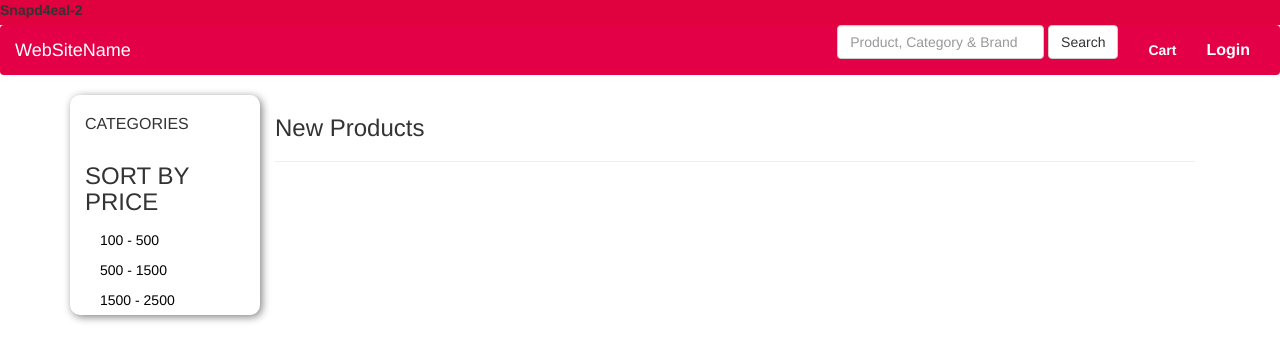
Repository: Aryans26/project
Page: http://localhost/frontend/WEB-INF/views/index.jsp
The author's editor kept a copy of each file at every save. The page is drawn from the files as they stood at one save, then again after the next save.
The browser window is 1280 px wide. The pictures show the whole page.
Some web libraries are served in a nearby version. The page is served by Tomcat 9. Nobody is signed in. Other server files are loaded and not shown. The template is opened directly, without the code that normally fills it, so the values that code supplies are empty.

Above is the page before, as saved 2017-06-20 11:03:45.

### frontend/src/main/webapp/WEB-INF/views/index.jsp
<%@ taglib prefix="c" uri="http://www.springframework.org/tags"%>
<%@ taglib prefix="form" uri="http://www.springframework.org/tags/form"%>
<!doctype html>
<html>
<head>
<c:url value="/resource" var="res" />

<!-- <link rel="stylesheet" ref="https://maxcdn.bootstrapcdn.com/bootstrap/3.3.7/css/bootstrap.min.css"> -->
<script
	src="https://ajax.googleapis.com/ajax/libs/jquery/3.2.1/jquery.min.js"></script>
<script
	src="https://maxcdn.bootstrapcdn.com/bootstrap/3.3.7/js/bootstrap.min.js"></script>
<link rel="stylesheet" href="${res}/css/bootstrap.min.css" />
<link rel="stylesheet" href="${res}/css/style.css" />

</head>
<body>

	<%@include file="navbar.jsp"%>
	<%@include file="allproducts.jsp"%>
</body>
</html>

### frontend/src/main/webapp/WEB-INF/views/navbar.jsp
<%@ taglib prefix="c" uri="http://www.springframework.org/tags"%>
<%@ taglib prefix="form" uri="http://www.springframework.org/tags/form"%>
<%@ taglib prefix="security" uri="http://www.springframework.org/security/tags" %>
<%@ taglib prefix="c1" uri="http://java.sun.com/jsp/jstl/core"%>
<!DOCTYPE html >
<html>
<head>
<meta http-equiv="Content-Type" content="text/html; charset=ISO-8859-1">
<title>Insert title here</title>
</head>
<body>
	<div class="headder">
		<b>Snapd4eal-2</b>
	</div>

	<nav class="navbar navbar-default" style="color: white;">
		<div class="container-fluid">
			<div class="navbar-header">
				<button type="button" class="navbar-toggle" data-toggle="collapse" data-target="#myNavbar">
					<span class="icon-bar"></span> <span class="icon-bar"></span>
					<span class="icon-bar"></span>
				</button>
				<a class="navbar-brand" href="<c:url value="/"/>"
					style="color: white;">WebSiteName</a>
				<form class="navbar-form navbar-right visible-sm visible-xs">
					<div class="form-group">
						<input type="text" class="form-control"
							placeholder="Product, Category & Brand">
					</div>
					<button type="submit" class="btn btn-default">
						<i class="fa fa-search"></i>Search
					</button>

				</form>
			</div>
			<div class="collapse navbar-collapse" id="myNavbar">
			<c1:if test="${pageContext.request.userPrincipal.name!=null}">
			<security:authorize access="hasRole('ROLE_ADMIN')">
				<ul class="nav navbar-nav">
					<li style="color: white;"><a
						href="<c:url value="/category"/>">Add Category</a></li>
					<li style="color: white;"><a
						href="<c:url value="/addproduct"/>">Add Product</a></li>
					<li style="color: white;"><a
						href="<c:url value="/supplier"/>">Add Supplier</a></li>
<!-- 					<li style="color: white;"><a -->
<%-- 						href="<c:url value="/addcard"/>">Add Card</a></li> --%>

				</ul>
				</security:authorize>
				</c1:if>
				<ul class="nav navbar-nav navbar-right">
					<li><a href="<c:url value="/viewcart"/>"><i class="fa fa-shopping-cart"></i>
							Cart</a></li>

					<li class="dropdown"><a href="#" class="dropbtn"><span
							class="fa fa-sign-in"></span>
							<c1:if test="${pageContext.request.userPrincipal.name==null}"> Login </c1:if>
							 <c1:if test="${pageContext.request.userPrincipal.name!=null}">  Logout</c1:if></a>

						<div class="dropdown-content">
							<a href="#">your account</a>
							<a href="#">your orders</a>
							<c1:if test="${pageContext.request.userPrincipal.name==null}">

							<a href="<c:url value="/users"/>" class="hvr-reg-bordertop" > new user ?<br>
							<b>register</b></a>
<%-- <a href="<c:url value="/login"/>"><button type="button" class="btn btn-danger" style="width: 90%; margin: 10px;">Login</button></a> --%>
							<button type="button" class="btn btn-danger" data-toggle="modal"
								data-target="#myModal" style="width: 90%; margin: 10px;">Login</button>
								</c1:if>

								<c1:if test="${pageContext.request.userPrincipal.name!=null}">
					<a href="<c:url value="/j_spring_security_logout"/>"><button type="button" class="btn btn-danger" >Logout</button></a>
								</c1:if>
						</div></li>

				</ul>
				<form class="navbar-form navbar-right hidden-sm hidden-xs">
					<div class="form-group">
						<input type="text" class="form-control"
							placeholder="Product, Category & Brand">
					</div>
					<button type="submit" class="btn btn-default">
						<i class="fa fa-search"></i>Search
					</button>

				</form>

			</div>
		</div>
	</nav>


	<!-- Modal -->
	<div class="modal fade" id="myModal" role="dialog">
		<div class="modal-dialog modal-lg">
			<div class="modal-content">
				<div class="modal-header">
					<button type="button" class="close" data-dismiss="modal">&times;</button>
					<h4 class="modal-title">Login</h4>
				</div>
				<div class="modal-body">
				<c1:url value="/j_spring_security_check" var="a"/>
					<form role="form" method="post" action="${a} ">
						<div class="form-group">
				<label for="email">Email address:</label>
				<input type="email" class="form-control" id="email" name="j_username" placeholder="Email Id">
						</div>
						<div class="form-group">
				<label for="pwd">Password:</label>
				 <input type="password" class="form-control" id="pwd" name="j_password" placeholder="Password">
						</div>
						<div class="checkbox">
							<label><input type="checkbox"> Remember me</label>
						</div>
						<a class="cursor" data-dismiss="modal" data-toggle="modal"
							data-target="#myModal1">new User ? <b>register</b></a>
						<button type="submit" class="btn btn-success">Submit</button>
					</form>
				</div>
				<div class="modal-footer">
					<button type="button" class="btn btn-default" data-dismiss="modal">Close</button>
				</div>
			</div>
		</div>
	</div>

</body>
</html>

### frontend/src/main/webapp/WEB-INF/views/allproducts.jsp
<%@ taglib prefix="c" uri="http://www.springframework.org/tags"%>
<%@ taglib prefix="form" uri="http://www.springframework.org/tags/form"%>
<%@ taglib prefix="c1" uri="http://java.sun.com/jsp/jstl/core"%>
<%@ taglib prefix="security" uri="http://www.springframework.org/security/tags"%>
<!doctype html>
<head>
<c:url value="/resource" var="res" />

<!-- <link rel="stylesheet" ref="https://maxcdn.bootstrapcdn.com/bootstrap/3.3.7/css/bootstrap.min.css"> -->
<script
	src="https://ajax.googleapis.com/ajax/libs/jquery/3.2.1/jquery.min.js"></script>
<script
	src="https://maxcdn.bootstrapcdn.com/bootstrap/3.3.7/js/bootstrap.min.js"></script>
<link rel="stylesheet" href="${res}/css/bootstrap.min.css" />
<link rel="stylesheet" href="${res}/css/style.css" />

</head>
<body>

<br>
<div class="container ">
<div id="" class="col-md-2 box-shadow">

<h3 class="list-head">CATEGORIES</h3>
	<ul class="nav nav-list nav-left">
		<c1:forEach items="${categories}" var="cat">

      <li><a href="<c1:url value="/dispcategory/${cat.getC_id()}"/>"><span class="icon-chevron-right"></span> ${cat.getC_name()}</a></li>


         </c1:forEach>

<!-- 		<li style="border:0"> &nbsp;</li> -->
<!-- 		<li> <a class="totalInCart" href="cart.html"><strong>Total Amount  <span class="badge badge-warning pull-right" style="line-height:18px;">$448.42</span></strong></a></li> -->
	</ul>


<h3>SORT BY PRICE</h3>
	<ul class="nav nav-list nav-left">


      <li><a href="<c1:url value="/disrate/"/>"><span class="icon-chevron-right"></span>100 - 500 </a></li>
		<li><a href="<c1:url value="/disrate1/"/>"><span class="icon-chevron-right"></span>500 - 1500 </a></li>
		<li><a href="<c1:url value="/disrate2/"/>"><span class="icon-chevron-right"></span>1500 - 2500 </a></li>



<!-- 		<li style="border:0"> &nbsp;</li> -->
<!-- 		<li> <a class="totalInCart" href="cart.html"><strong>Total Amount  <span class="badge badge-warning pull-right" style="line-height:18px;">$448.42</span></strong></a></li> -->
	</ul>

</div>


	<div class="col-md-10">

<!--
New Products
-->

	<h3>New Products </h3>
	<hr class="soften"/>
		<div class="row">
			  <ul class="thumbnails">
			  <c1:forEach var="pro" items="${products}">
				<div class="col-md-3 col-sm-4">
				<div class="thumbnail">

					<a class="zoomTool" href="<c1:url value="/addtocart/${pro.getP_id()}"/>" title="add to cart"><i class="fa fa-shopping-cart"></i> Add to cart</a>
					<a href="#" class="tag"></a>
					<a href="<c1:url value="/viewpro/${pro.getP_id()}"/>" title="quick view">
					<img src="<c1:url value='/resource/images/${pro.getP_id()}.jpg'/>" alt="bootstrap-ring"></a>
					<h3>${pro.getP_name()}            &nbsp;  &nbsp;  &nbsp; ${pro.getP_c()}</h3>

				</div>
				</div>
				</c1:forEach>

			  </ul>


<!-- 		  <a class="left carousel-control" href="#newProductCar" data-slide="prev">&lsaquo;</a>Cycling of images -->
<!--             <a class="right carousel-control" href="#newProductCar" data-slide="next">&rsaquo;</a> -->
		  </div>

				</div>

</div><!-- container end -->



</body>
</html>

### frontend/src/main/webapp/resource/css/style.css
@charset "utf-8";
/* CSS Document */
.headder {
	min-height: 25px;
	background-color: #E0013F;
}

.navbar-default, .navbar-default li {
	background-color: #e40046;
	color: white;
}

.navbar-default li a {
	color: #FFF;
	font-weight: bold;
}

.navbar-nav li:hover, .navbar-nav li:focus, .navbar-nav li:active {
	background-color: #333;
}

.navbar-nav dropdown:hover {
	background-color: #333;
}

.dropbtn {
	color: white;
	padding: 16px;
	font-size: 16px;
	border: none;
	cursor: pointer;
}

.
.dropdown:hover {
	background-color: #333;
	color: white;
	padding: 16px;
	font-size: 16px;
	border: none;
	cursor: pointer;
}

.dropdown {
	position: relative;
	display: inline-block;
}

.dropdown-content {
	display: none;
	position: absolute;
	background-color: #333;
	min-width: 160px;
	right: 5px;
	box-shadow: 0px 8px 16px 0px rgba(0, 0, 0, 0.2);
	z-index: 1;
}

.dropdown-content a {
	color: black;
	font-size: 14px !important;
	font-weight: normal !important;
	text-align: center;
	padding: 12px 16px;
	text-decoration: none;
	display: block;
}

.dropdown-content a:hover {
	background-color: #000;
}

.dropdown:hover .dropdown-content {
	display: block;
}

.dropdown:hover .dropbtn {
	background-color: #333;
}

.dropdown-content .hvr-reg-bordertop {
	border-top: 1px solid #999;
	padding-top: 20px;
	margin-bottom: 0;
	padding-bottom: 0;
}

.cursor {
	cursor: pointer;
}

.form-fill{
	max-width:500px;
	box-shadow:2px 2px 8px  grey;
	padding:30px 20px;
	margin:10px auto;
	border-radius:10px;
}

.form-list-table{
	border:2px solid grey;
	box-shadow:4px 4px 8px grey;
	border-radius:10px;
}
.head3{
	color:#e40046;
	font-weight:bold;
	text-align:center;
	text-shadow:2px 2px 4px grey;
}

.items-list-head > div{
	Color:red;
	text-align:center;
	font-weight:bolder;
	font-size:20px;
}
.items-list > div{
	border-top:1px solid grey;
	line-height:40px;
	text-align:center;
	font-weight:bold;
}

.box-shadow{
	border-radius:10px;
	box-shadow:2px 2px 8px grey;
}

.list-head{
	font-size:16px;

}

Loaded but not shown: frontend/src/main/webapp/resource/css/bootstrap.min.css (library)

After the next save:
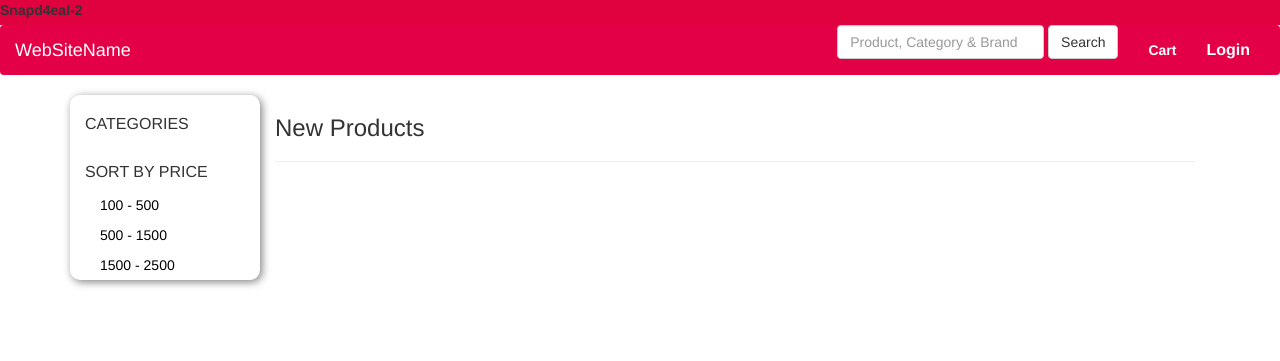
Saved 4 min 21 s later.
--- a/frontend/src/main/webapp/WEB-INF/views/allproducts.jsp
+++ b/frontend/src/main/webapp/WEB-INF/views/allproducts.jsp
@@ -35,7 +35,7 @@
 	</ul>
 
 
-<h3>SORT BY PRICE</h3>
+<h3 class="list-head">SORT BY PRICE</h3>
 	<ul class="nav nav-list nav-left">
 
 
